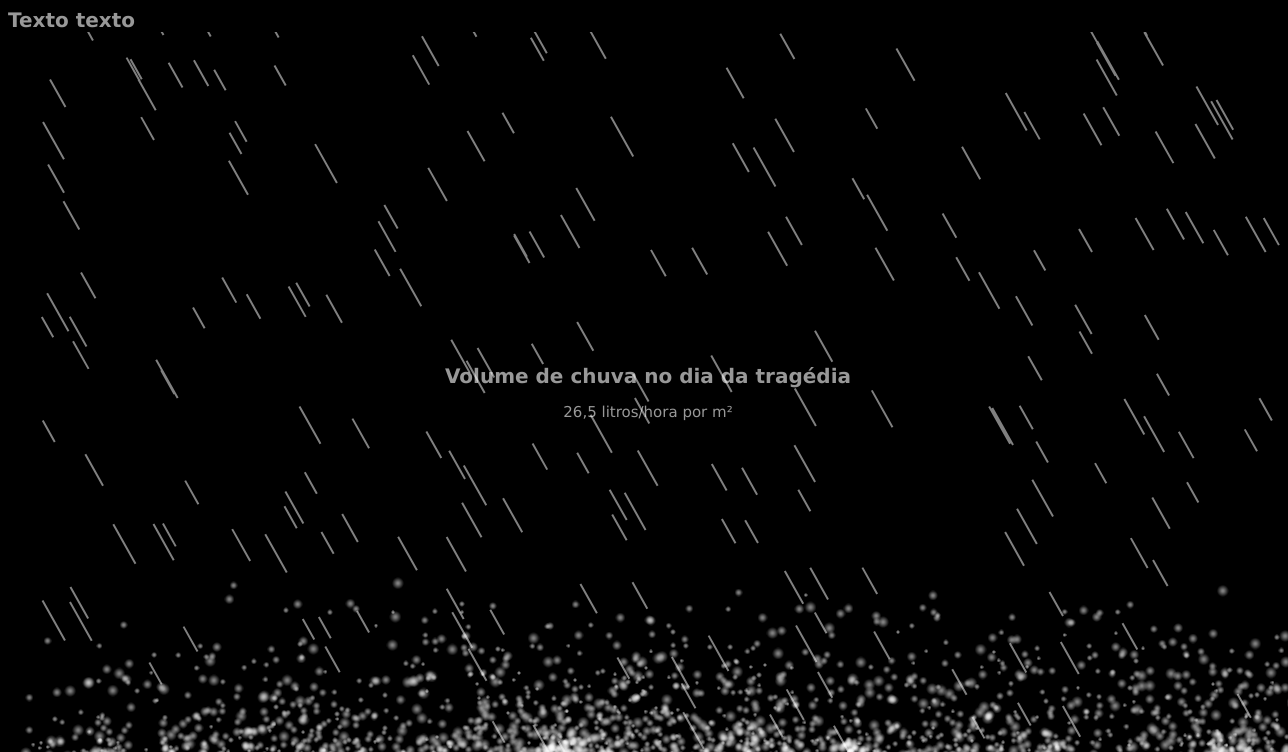
Repository: lucasthaynan/chuvas-estadao
Page: index.html
An editor plug-in stored every save of this project. The page is shown before and after the next save, followed by the edit.
The browser window is 1280 px wide. The page is 1288 px wide, so the pictures cover 1288 px, including what lies to the right of the window. The pictures show the whole page.

Above is the page before, as saved 2023-02-24 10:31:14.
Console error: ReferenceError: dat is not defined

After the next save:
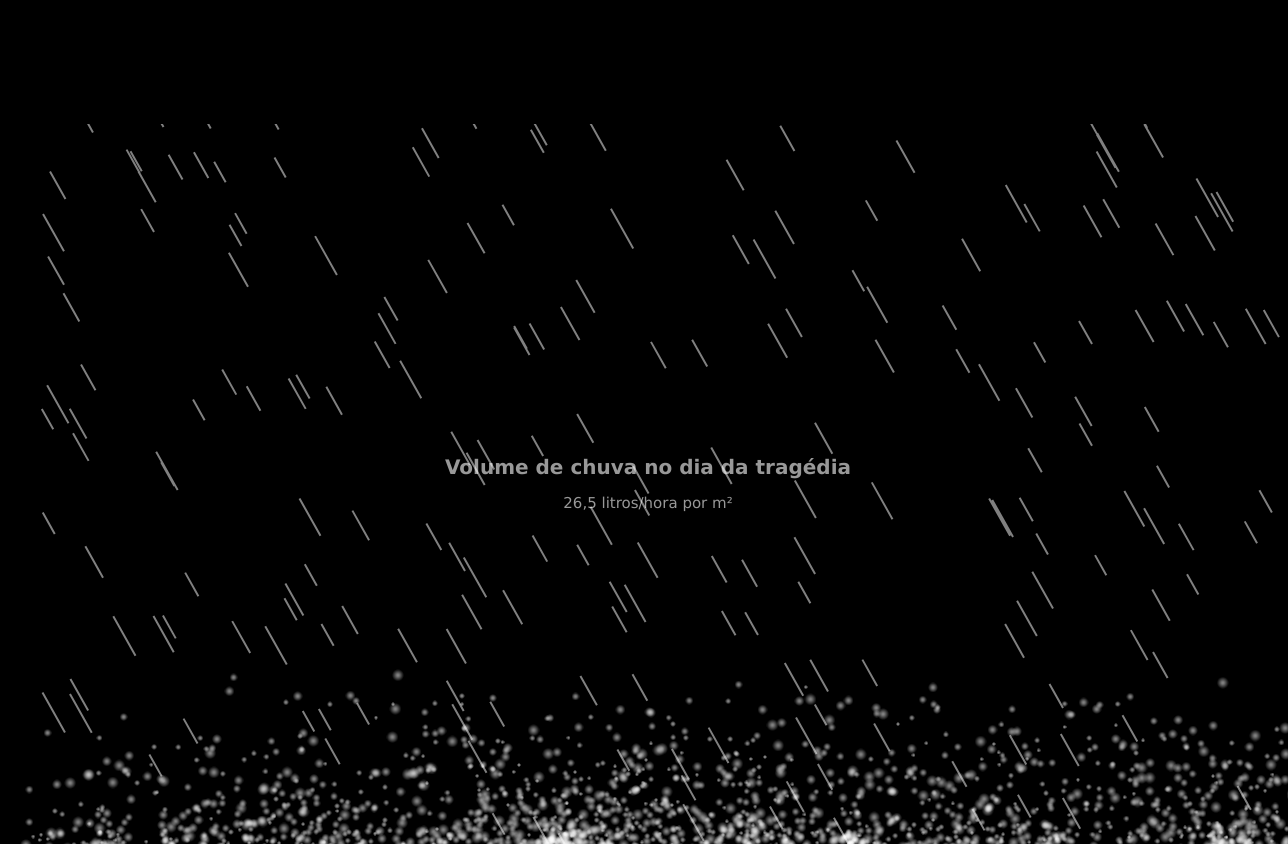
Saved 115 s later.
--- a/index.html
+++ b/index.html
@@ -10,7 +10,17 @@
 <body>
 
     <div id="instructions"></div>
-        <p>Texto texto</p>
+        <div>
+            <h1>Texto teste</h1>
+            <div class="btns">
+                <div class="btn-nornal">
+                    Dia nornal
+                </div>
+                <div class="btn-tragedia">
+                    Dia da tragédia
+                </div>
+            </div>
+        </div>
         <canvas id="canvas">Canvas is not supported in your browser
 
         </canvas>
